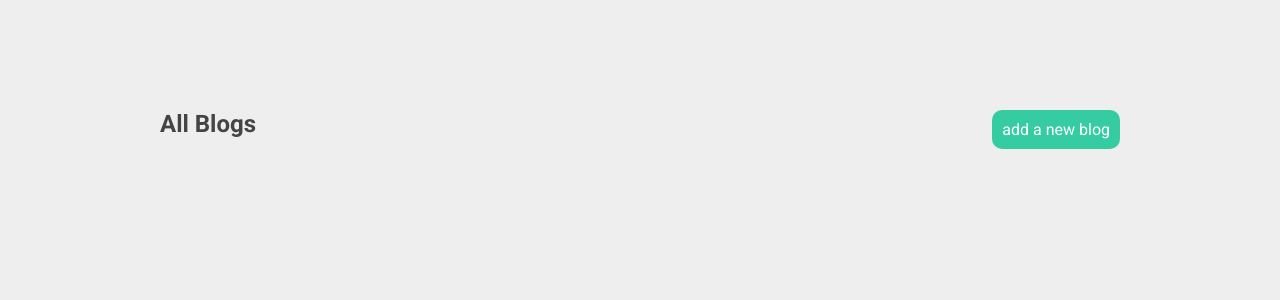
Repository: bilelsalemdev/json
Page: index.html
These files come from the project's save history. The page is drawn as it stood at one moment and after the next save; the edit follows.
The browser window is 1280 px wide. The pictures show the whole page.
The pointer rests on the first visible `nav a`.
The page's requests for data from a server got no answer.

Above is the page before, as saved 2022-07-23 11:00:51.

### index.html
<!DOCTYPE html>
<html lang="en">
<head>
    <meta charset="UTF-8">
    <meta http-equiv="X-UA-Compatible" content="IE=edge">
    <meta name="viewport" content="width=device-width, initial-scale=1.0">
    <link rel="stylesheet" href="styles.css">
    <title>main</title>
</head>
<body>
    <nav>
        <h1>All Blogs</h1>
        <a href="/create.html">add a new blog</a>
    </nav>
    <div class="blogs">

    </div>
    <script src="js/index.js"></script>
</body>
</html>

### styles.css
@import url('https://fonts.googleapis.com/css2?family=Roboto:wght@300;400;500;700&display=swap');

/* base styles */
body {
  background: #eee;
  font-family: 'Roboto';
  color: #444;
  max-width: 960px;
  margin: 100px auto;
  padding: 10px;
}
nav {
  display: flex;
  justify-content: space-between;
}
nav h1 {
  margin: 0;
}
nav a {
  color: white;
  text-decoration: none;
  background: #36cca2;
  padding: 10px;
  border-radius: 10px;
}
form {
  max-width: 500px;
}
input, textarea {
  display: block;
  margin: 16px 0;
  padding: 6px 10px;
  width: 100%;
  border: 1px solid #ddd;
  font-family: 'Roboto';
}
textarea {
  min-height:200px;
}

/* post list */
.post {
  padding: 16px;
  background: white;
  border-radius: 10px;
  margin: 20px 0;
}
.post h2 {
  margin: 0;
}
.post p {
  margin-top: 0;
}
.post a {
  color: #36cca2;
}
button{
    color:white;
    background-color:rgb(19, 179, 104);
    border:none;
    padding:10px;
    border-radius: 5px;
    font-size:25px;

}
button:hover{
    background-color: rgb(14, 136, 79);
    cursor: pointer;
}

### js/index.js
const container = document.querySelector('.blogs')
const renderPosts = async () => {
  let uri = "http://localhost:3000/posts?_sort=age";
  const res = await fetch(uri);
  const posts = await res.json();
  let template='';
  posts.forEach(post =>{
    template += `
    <div class="post">
    <h2>${post.title}</h2>
    <p><small>${post.age}</small> years old</p>
    <p>${post.body.slice(200)}</p>
    <a href="/details.html?id=${post.id}">read more ...</a>
    </div>
    `
  })
  container.innerHTML = template;
};
window.addEventListener("DOMContentLoaded", () => renderPosts());

After the next save:
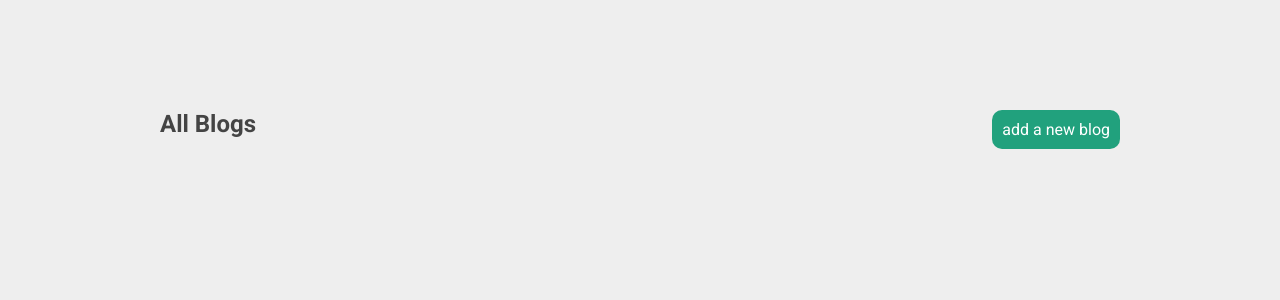
Saved 46 s later.
--- a/styles.css
+++ b/styles.css
@@ -22,6 +22,9 @@ nav a {
   background: #36cca2;
   padding: 10px;
   border-radius: 10px;
+}
+nav a:hover{
+    background-color:#21a17d
 }
 form {
   max-width: 500px;
